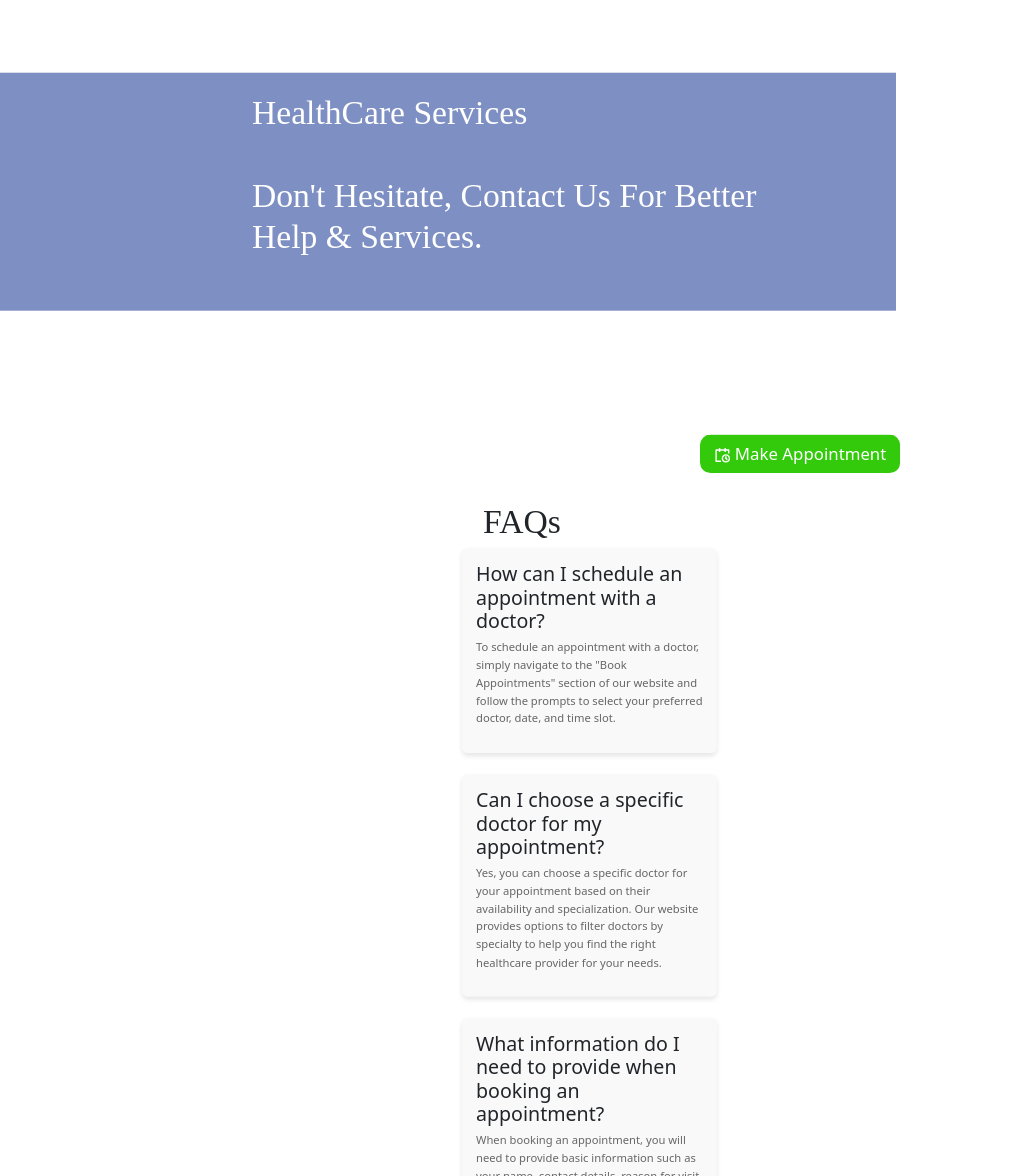
Repository: WajihaGul/MedicalApp-Frontend
Page: /
The author's editor kept a copy of each file at every save. The page is drawn from the files as they stood at one save, then again after the next save.
The browser window is 1280 px wide. The page is 1457 px wide, so the pictures cover 1457 px, including what lies to the right of the window. The pictures show the part of the page from y = 1937 to 3617 px (the page is 4986 px tall before and 4958 px after), at 70% of full size.
The project was rebuilt for these pictures with package versions that can differ from the ones it lists, and the page was loaded fresh each time. Also part of the build but not shown: vite.config.js, src/index.css, src/App.css.

Above is the page before, as saved 2024-05-08 23:02:38.

### public/index.html
<!DOCTYPE html>
<html lang="en">
  <head>
    <meta charset="utf-8" />
    <link rel="icon" href="%PUBLIC_URL%/favicon.ico" />
    <meta name="viewport" content="width=device-width, initial-scale=1" />
    <meta name="theme-color" content="#000000" />
    <meta
      name="description"
      content="Web site created using create-react-app"
    />
    <link rel="apple-touch-icon" href="%PUBLIC_URL%/logo192.png" />

    <link rel="manifest" href="%PUBLIC_URL%/manifest.json" />

    <title>Health Buddy</title>

    <!-- Bootstrap CSS -->

    <link href="https://cdn.jsdelivr.net/npm/bootstrap@5.3.3/dist/css/bootstrap.min.css" rel="stylesheet">
  </head>
  <body>
    <noscript>You need to enable JavaScript to run this app.</noscript>
    <div id="root"></div>

  </body>
</html>

### src/index.js
import React from "react";
import ReactDOM from "react-dom/client";
import "./index.css";
import "bootstrap/dist/css/bootstrap.min.css";
import { Auth0Provider } from "@auth0/auth0-react";
import App from "./App";

const root = ReactDOM.createRoot(document.getElementById("root"));
root.render(
  <Auth0Provider
    domain="dev-0g3c3dxmqjxyqw2c.us.auth0.com"
    clientId="oMzUGa6dYetqfOyrTVNkJyeCd189p4oL"
    authorizationParams={{
      redirect_uri: window.location.origin,
    }}
  >
    <App />
  </Auth0Provider>
);

### src/App.js
import "./App.css";
import Homepage from "./Pages/Homepage";
function App() {
  return (
    <>
      <Homepage />
    </>
  );
}

export default App;

### src/Pages/Homepage.jsx
import Accomplishments from "../Components/Accomplishments/Accomplishments";
import Experience from "../Components/Experience/Experience";
import LandingPage from "./../Components/LandingPage/LandingPage";
import NavigationBar from "./../Components/NavigationBar/Navbar";
import MakeAppointment from "../Components/MakeAppointment/MakeAppointment";
import Footer from "../Components/Footer/Footer";
import Faqs from "../Components/FAQS/Faqs";

const Homepage = () => {
  return (
    <>
      <NavigationBar />
      <LandingPage />
      <Accomplishments />
      <Experience />
      <MakeAppointment />
      <Faqs />
      <Footer />
    </>
  );
};

export default Homepage;

### src/Components/Accomplishments/Accomplishments.jsx
import styles from "./Accomplishments.module.css";

const Accomplishments = () => {
  return (
    <div className={styles.container}>
      <div className={styles.innerContainer}>
        <div className={styles.column1}>
          <img
            className={styles.cols_img}
            src="https://medi-dove.netlify.app/img/counter/counter-icon-7.png"
            alt=""
          />

          <p className={styles.explanationi}>540 + </p>

          <p className={styles.explanationii}>Expert Doctors</p>

          <p className={styles.explanationiii}>
            Our team of dedicated professionals ensures personalized care and
            expert guidance tailored to your unique health needs
          </p>
        </div>

        <div className={styles.column1}>
          <img
            className={styles.cols_img}
            src="https://medi-dove.netlify.app/img/counter/counter-icon-9.png"
            alt=""
          />

          <p className={styles.explanationi}>899+</p>

          <p className={styles.explanationii}>Problem Solve</p>

          <p className={styles.explanationiii}>
            Benefit from our extensive expertise in resolving medical
            challenges, offering tailored solutions that prioritize patient
            well-being.
          </p>
        </div>

        <div className={styles.column3}>
          <img
            className={styles.cols_img}
            src="https://medi-dove.netlify.app/img/counter/counter-icon-83.png"
            alt=""
          />

          <p className={styles.explanationi}>100+</p>

          <p className={styles.explanationii}>Award Winner</p>

          <p className={styles.explanationiii}>
            With a track record of excellence, we continue to set the standard
            for cutting-edge medical information and services
          </p>
        </div>
      </div>
    </div>
  );
};

export default Accomplishments;

### src/Components/Experience/Experience.jsx
import styles from "./Experience.module.css";

const Experience = () => {
  return (
    <>
      <div className={styles.container}>
        <div className={styles.divimg}>
          <img
            className={styles.eimg}
            src="/Assets/Experience_image.png"
            alt="logo here"
          />
        </div>

        <div>
          <h1 className={styles.ehead1}>25+ Years Of Experience</h1>
          <br />
          <h6 className={styles.ehead6}>
            HealthBuddy helps you in searching available doctors as well as
            medicines
          </h6>
        </div>
        <div>
          <p className={styles.story_p}>
            Drawing upon a wealth of over 25 years of collective experience in
            the healthcare sector, our team brings unparalleled expertise to the
            development of medical websites. With a focus on user-centric design
            and accessibility, we create intuitive interfaces that prioritize
            patient engagement and professional credibility. By staying abreast
            of the latest industry trends and technological advancements, we
            ensure that our websites not only meet but exceed the expectations
            of both healthcare providers and their patients. Our commitment to
            excellence drives us to deliver solutions that resonate with our
            clients' goals and aspirations, ultimately contributing to the
            advancement of healthcare services in today's digital landscape.
          </p>
        </div>
      </div>
    </>
  );
};
export default Experience;

### src/Components/LandingPage/LandingPage.jsx
import React from "react";
import "bootstrap/dist/css/bootstrap.min.css";
import { Carousel } from "react-bootstrap";
import styles from "./LandingPage.module.css";

const LandingPage = () => {
  return (
    <Carousel>
      <Carousel.Item>
        <img
          className={styles.dblock}
          src="https:hips.hearstapps.com/hmg-prod/images/types-of-doctors-1600114658.jpg?crop=0.974xw:0.729xh;0,0&resize=1200:*"
          alt="First slide"
        />
        <Carousel.Caption>
          <h3 className={styles.sliders_h}>Welcome to HealthBuddy</h3>
          <p className={styles.sliders_p}>
            We are dedicated to providing compassionate care and innovative
            medical solutions tailored to your needs.
          </p>
        </Carousel.Caption>
      </Carousel.Item>
      <Carousel.Item>
        <img
          className={styles.dblock}
          src="https://medi-dove.netlify.app/img/home4/about/overlap.png"
          alt="Second slide"
        />
        <Carousel.Caption>
          <h3 className={styles.sliders_h}>
            Find Trusted Doctors in Your Area
          </h3>
          <p className={styles.sliders_p}>
            Whether you need a primary care physician, specialist, or allied
            healthcare provider, we've got you covered.
          </p>
        </Carousel.Caption>
      </Carousel.Item>
      <Carousel.Item>
        <img
          className={styles.dblock}
          src="https://drz0f01yeq1cx.cloudfront.net/1714474335549-158e1cf4-d33e-41ef-afb5-0ab23aea778c-4929.png"
          alt="Third slide"
        />
        <Carousel.Caption>
          <h3 className={styles.sliders_h}>Convenient Pharmacy Services</h3>
          <p className={styles.sliders_p}>
            Our pharmacy services make it easy to access the medications you
            need, right from the comfort of your own home.
          </p>
        </Carousel.Caption>
      </Carousel.Item>
    </Carousel>
  );
};

export default LandingPage;

### src/Components/NavigationBar/Navbar.jsx
import styles from "./Navbar.module.css";
import { useAuth0 } from "@auth0/auth0-react";

const Navbar = () => {
  const { loginWithRedirect, isAuthenticated, logout } = useAuth0();

  return (
    <>
      <nav className={styles.container}>
        <div className={styles.logo}>
          <img
            className={styles.nav_img}
            src="https://cdn.icon-icons.com/icons2/1465/PNG/512/588hospital_100778.png"
            alt="logo"
          />
          <h1 className={styles.nav_head}>HealthBuddy</h1>
        </div>
        <ul className={styles.navul}>
          <li href="#">Home</li>
          <li href="#">Doctors</li>
          <li href="#">Pharmacies</li>
          <li href="#">Contact Us</li>
        </ul>
        {isAuthenticated ? (
          <li>
            <button
              className={styles.customButton}
              onClick={() =>
                logout({ logoutParams: { returnTo: window.location.origin } })
              }
            >
              Log Out
            </button>
          </li>
        ) : (
          <li>
            <button
              className={styles.customButton}
              onClick={() => loginWithRedirect()}
            >
              Login
            </button>
          </li>
        )}
      </nav>
    </>
  );
};

export default Navbar;

### src/Components/MakeAppointment/MakeAppointment.jsx
import styles from "./MakeAppointment.module.css";
import { RiCalendarScheduleLine } from "react-icons/ri";

const MakeAppointment = () => {
  return (
    <>
      <div className={styles.container}>
        <div className={styles.divii}>
          <h3 className={styles.head3}>HealthCare Services</h3>
          <h1 className={styles.head1}>
            Don't Hesitate, Contact Us For Better Help & Services.
          </h1>
        </div>

        <div className={styles.ButtonHere}>
          <button className={styles.button} type="button">
            <RiCalendarScheduleLine className={styles.icon} />
            Make Appointment
          </button>
        </div>
      </div>
    </>
  );
};

export default MakeAppointment;

### src/Components/Footer/Footer.jsx
import React from "react";
import styles from "./Footer.module.css";
import {
  FaPhone,
  FaEnvelope,
  FaFacebook,
  FaTwitter,
  FaInstagram,
  FaLinkedin,
} from "react-icons/fa";

const Footer = () => {
  return (
    <>
      <footer className={styles.footer}>
        <div className={styles.container}>
          <div className={styles.footer_grid}>
            <div className={styles.footer_item}>
              <h3>Contact Us</h3>
              <p>
                <FaPhone /> +1-123-456-7890
              </p>
              <p>
                <FaEnvelope /> info@medicalwebsite.com
              </p>
            </div>
            <div className={styles.footer_item}>
              <h3>Quick Links</h3>
              <ul>
                <li>
                  <a href="#home">Home</a>
                </li>
                <li>
                  <a href="#doctors">Doctors</a>
                </li>
                <li>
                  <a href="#pharmacy">Pharmacy</a>
                </li>
                <li>
                  <a href="#appointments">Appointments</a>
                </li>
                <li>
                  <a href="#about">About Us</a>
                </li>
                <li>
                  <a href="#contact">Contact Us</a>
                </li>
              </ul>
            </div>
            <div className={styles.footer_item}>
              <h3>Services</h3>
              <ul>
                <li>
                  <a href="#appointment">Book Appointment</a>
                </li>
                <li>
                  <a href="#pharmacy-order">Order Medicine</a>
                </li>
              </ul>
            </div>
            <div className={styles.footer_item}>
              <h3>Follow Us</h3>
              <ul className={styles.social_icons}>
                <li>
                  <a href="https://facebook.com">
                    <FaFacebook />
                  </a>
                </li>
                <li>
                  <a href="https://twitter.com">
                    <FaTwitter />
                  </a>
                </li>
                <li>
                  <a href="https://instagram.com">
                    <FaInstagram />
                  </a>
                </li>
                <li>
                  <a href="https://linkedin.com">
                    <FaLinkedin />
                  </a>
                </li>
              </ul>
            </div>
          </div>
        </div>
        <div className={styles.footer_bottom}>
          <div className={styles.container}>
            <p>
              &copy; {new Date().getFullYear()} Medical Website. All rights
              reserved.
            </p>
          </div>
        </div>
      </footer>
    </>
  );
};

export default Footer;

### src/Components/FAQS/Faqs.jsx
import React from "react";
import styles from "./Faqs.module.css";

const Faqs = () => {
  return (
    <section className={styles.faq_section}>
      <div className={styles.faq_content}>
        <h2 className={styles.faq_h2}>FAQs</h2>
        <div className={styles.faq_item}>
          <h3>How can I schedule an appointment with a doctor?</h3>
          <p>
            To schedule an appointment with a doctor, simply navigate to the
            "Book Appointments" section of our website and follow the prompts to
            select your preferred doctor, date, and time slot.
          </p>
        </div>
        <div className={styles.faq_item}>
          <h3>Can I choose a specific doctor for my appointment?</h3>
          <p>
            Yes, you can choose a specific doctor for your appointment based on
            their availability and specialization. Our website provides options
            to filter doctors by specialty to help you find the right healthcare
            provider for your needs.
          </p>
        </div>
        <div className={styles.faq_item}>
          <h3>
            What information do I need to provide when booking an appointment?
          </h3>
          <p>
            When booking an appointment, you will need to provide basic
            information such as your name, contact details, reason for visit,
            and any relevant medical history. This information helps us ensure
            that you receive the appropriate care during your visit.
          </p>
        </div>
        <div className={styles.faq_item}>
          <h3>How can I order prescription medications from the pharmacy?</h3>
          <p>
            Ordering prescription medications from our pharmacy is easy. Simply
            log in to your account on our website, navigate to the pharmacy
            section, and browse our catalog of available medications. Add the
            desired items to your cart, proceed to checkout, and follow the
            instructions to complete your order
          </p>
        </div>

        <div className={styles.faq_item}>
          <h3>
            How long does it take for prescription medications to be delivered?
          </h3>
          <p>
            Prescription medication delivery times may vary depending on your
            location and the availability of the medications you have ordered.
            Typically, orders are processed and dispatched within 24 hours, and
            delivery times range from 2-3 business days.
          </p>
        </div>
      </div>
    </section>
  );
};

export default Faqs;

### src/Components/Accomplishments/Accomplishments.module.css
.container{
    margin:0 auto;
    width: 1200px;
    padding-top: 30px;
    padding-bottom: 30px;
    margin-top: 30px;
    display: flex;
    flex-direction: column;
}
.innerContainer{
    display: flex;
    flex-direction: row;
}
.column1 , .column2 , .column3{
    display: flex;
    flex-direction: column;
    justify-content: center;
    align-items: center;
}
.explanationi{
    font-size: xxx-large;
    font-weight: 700px;
}

.explanationii{
    color: green;
    font-size: larger;
    font-style: italic;
    margin-top: -12px;
}

.explanationiii{
    text-align: justify;
    margin-right: 23px;
    font-size:24px;
}

.cols_img{
    height: 150px;
    width: 150px;
    align-items: center !important;
    justify-content: center !important;
}

### src/Components/Experience/Experience.module.css
.container{
  margin: 0 auto;
  width: 1200px;
  margin-top: 138px;
  display: flex;
  flex-direction: row;
  margin-bottom: 138px;
}

.logo, .experience , .story{
  margin: 10px;
  height: 100px !important;
}

.story_p{
  padding: 44px;
    text-align: justify;
    font-size: 20px;
    width: 900px;
}
.divimg{

}
.ehead1{
  font-size: 69px;
}

.ehead6{
color: #339e46 ;
font-size: larger;
}
.eimg{
  height: 131px;
  margin-bottom: 102px;
  margin-top: 102px;
  padding-right: 30px;
}

### src/Components/LandingPage/LandingPage.module.css
.carousel {
  overflow: hidden; /* Hide any overflow */
}

.carousel-item img {
  max-width: 100%; /* Ensure images don't exceed the width of the container */
  max-height: 100vh; /* Adjust the height as needed to fit within the viewport */
  margin: auto; /* Center the images horizontally */
}

.dblock{
  height: 100vh;
  width: 100%;
  margin-bottom: 100px;
  filter: brightness(0.5);
}

.sliders_p{
  font-size: 48px;
  color: white;
  width: 1462px;
  text-align: center;
  padding-bottom: 156px;
  font-family: serif;
}

.sliders_h{
  font-size: 48px;
  font-family: serif;
}

### src/Components/NavigationBar/Navbar.module.css
nav {
    position: fixed;
    top: 0;
    left: 0;
    width: 100%;
    display: flex;
    justify-content: space-between;
    align-items: center;
    height: 80px;
    padding: 0 30px;
    background-color: #4f4fa1;
    box-shadow: 0px 4px 10px rgba(0, 0, 0, 0.1);
    z-index: 10;
}

.navul {
  display: flex;
  gap: 53px;
  list-style-type: none;
  margin: 0;
  padding: 0;
  font-size: x-large;
  box-sizing: border-box;
  font-family: cursive;
  color: white;
  font-weight: 800;
}

.navbar-item {
  position: relative;
}

.navbar-item a {
  text-decoration: none;
  color: #fff;
  font-weight: bold;
  padding: 15px 20px;
  border-radius: 10px;
  transition: background-color 0.3s ease;
}

.navbar-item a:hover {
  background-color: rgba(255, 255, 255, 0.2); /* Semi-transparent background on hover */
}

.customButton {
  background-color: #f0f1ff;
    border: none;
    font-family: cursive;
    color: #2259b1;
    padding: 0px 32px;
    text-align: center;
    text-decoration: none;
    display: inline-block;
    margin: 4px 2px;
    cursor: pointer;
    border-radius: 4px;
    transition-duration: 0.4s;
    font-size: x-large;
    height: 54px;
    font-weight: 700;
}

.customButton:hover {

}


.btn-primary.btn-lg:hover {
  transform: scale(1.05); /* Scale button on hover */
}

.logo {
  display: flex;
  align-items: center;
}

.nav_img {
  height: 47px;
  margin-right: 20px;
  margin-top: -9px;
  margin-right: 14px;
}

.nav_head {
  font-size: 2.5rem;
  margin-left: -12px;
  color:#ffffff;
  font-family: cursive;
  margin-bottom: 1px;
  font-weight: 800;
  font-size: xx-large;
}

### src/Components/MakeAppointment/MakeAppointment.module.css
.container{
    background-color: rgb(126 144 195);
    height: 340px;
    margin-top: 152px
}
.head3{
    color: white;
    font-family: cursive;
    margin-left: 290px;
    padding-top: 18px;
    width: 800px;
    font-size: xxx-large;
    margin-right: 290px;
    padding-bottom: 18px;
}
.head1{
    margin-top: 44px;
    color: white;
    font-family: cursive;
    margin-left: 290px;
    font-size: xxx-large;
    width: 800px;
    margin-bottom: 44px;
    margin-right: 290px;
}

.ButtonHere, .divii{
    float: left;
    width: 280px;
    margin: 10px;
}

.divii{
    margin-left: 70px;
    margin-right: -32px;
}

.ButtonHere{
    margin-left: 1000px;
    margin-top: 200px;
}

.button{
    height: 55px;
    width: 286px;
    border-color: transparent;
    font-size: x-large;
    border-radius: 15px;
    background-color: #32ca0b;
    color: white;
}

.icon{
    margin-right: 6px;
    height: 54px;
}

### src/Components/Footer/Footer.module.css
.footer {
  background-color: #191931;
  padding-top: 26px;
  padding-left: 25px;
  font-family: emoji;
  color: white;
  display: flex;
  flex-direction: column;
  justify-content: space-between; /* Align content at the top and bottom */
  height: 100%; /* Make the footer take the full height */
}

.footer .container {
  justify-content: space-between;
  color: white;
}

.footer_grid {
  color: white;
  display: grid;
  grid-template-columns: repeat(4, 1fr);
  grid-gap: 30px;
}

.footer_item {
  color: white;
  margin-bottom: 30px;
}

.footer_item h3 {
  color: white;
  font-size: 1.2rem;
  margin-bottom: 15px;
  color: white;
}

.footer_item p {
  color: white;
  font-size: 1rem;
  margin-bottom: 10px;
}

.footer_item ul {
  color: white;
  list-style-type: none;
  padding: 0;
}

.footer_item ul li {
  margin-bottom: 5px;
  color: white;
}

.footer_item ul li a {
  color: #333;
  text-decoration: none;
  color: white;
}

.footer_item ul li a:hover {
  color: #007bff;
}

.social_icons {
  display: flex;
  padding: 0;
  color: white;
}

.social_icons li {
  margin-right: 10px;
  color: white;
}

.social_icons li:last-child {
  margin-right: 0;
  color: white;
}

.social_icons a {
  color: white;
  font-size: 1.2rem;
  text-decoration: none;
}

.social_icons a:hover {
  color: #007bff;
}

.footer_bottom {
  background-color:  #191931;
  padding: 15px 0;
  color: white;
  text-align: center;
}

.footer_bottom p {
  margin-left: -23px;
  font-size: 0.9rem;
  color: white;
}

### src/Components/FAQS/Faqs.module.css
.faq_section {
    max-width: 1587px;
    display: flex;
    padding-left: 300px;
    padding: 300p;
    padding-top: 32px;
    align-items: center;
    margin-left: 340px;
}
  .faq_h2{
    font-size: 3rem;
    font-family: emoji;
    padding-left: 30px;
  }
  .faq_content {
    width: 60%;
    padding-left: 20px;
  }


  .faq_item {
    margin-bottom: 30px;
    background-color: #f9f9f9;
    padding: 20px;
    border-radius: 8px;
    box-shadow: 0 4px 8px rgba(0, 0, 0, 0.1);
    transition: transform 0.3s ease;
  }

  .faq_item:hover {
    transform: translateY(-5px);
    color: #4f4fa1;
  }

  .faq-item h3 {
    font-size: 1.2rem;
    margin-bottom: 10px;
    color: #333;
  }

  .faq_item p {
    font-size: 1rem;
    line-height: 1.6;
    color: #666;
  }

After the next save:
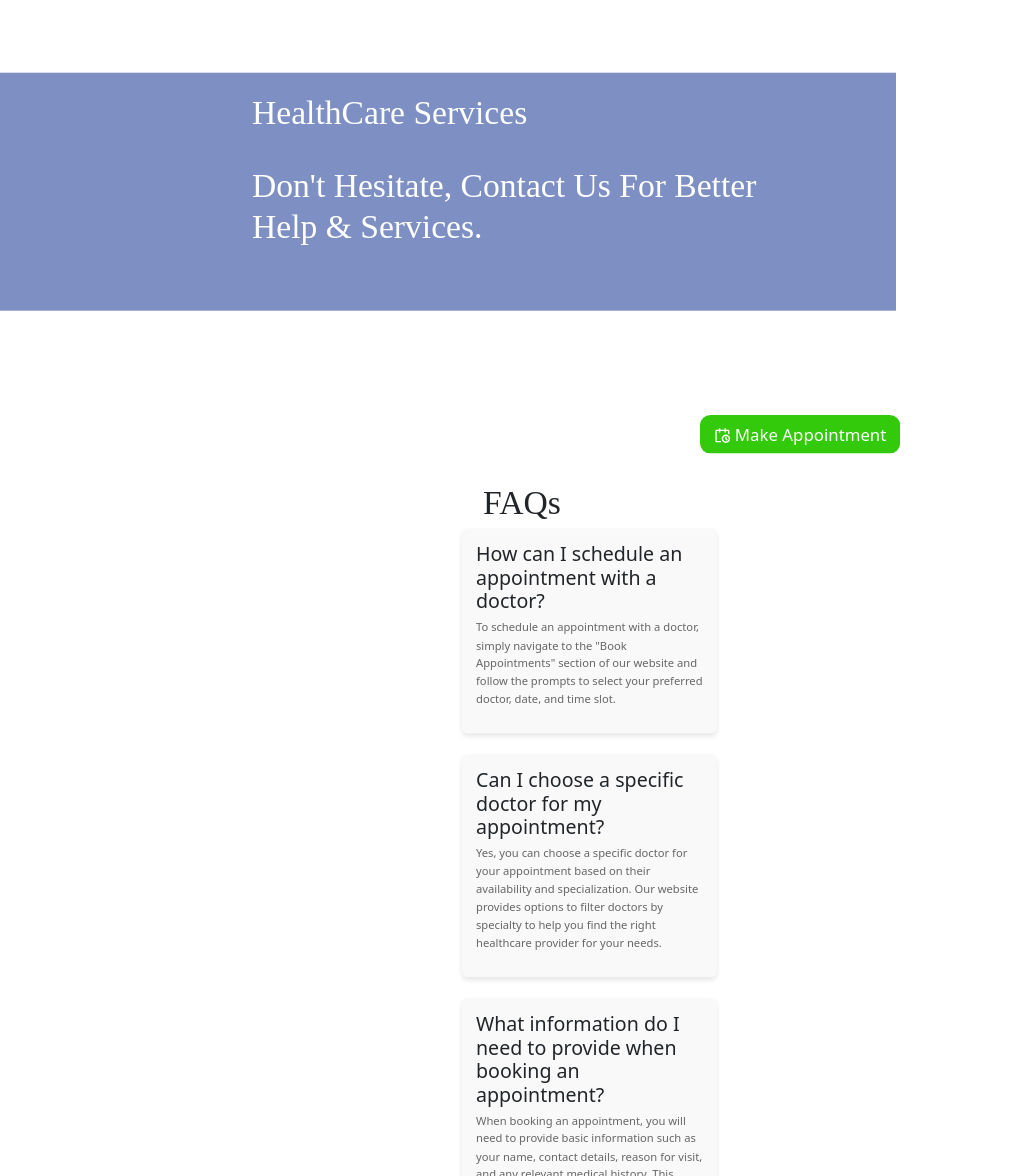
Saved 69 s later.
--- a/src/Components/MakeAppointment/MakeAppointment.module.css
+++ b/src/Components/MakeAppointment/MakeAppointment.module.css
@@ -14,13 +14,13 @@
     padding-bottom: 18px;
 }
 .head1{
-    margin-top: 44px;
+    margin-top: 30px;
     color: white;
     font-family: cursive;
     margin-left: 290px;
     font-size: xxx-large;
     width: 800px;
-    margin-bottom: 44px;
+    margin-bottom: 30px;
     margin-right: 290px;
 }
 
